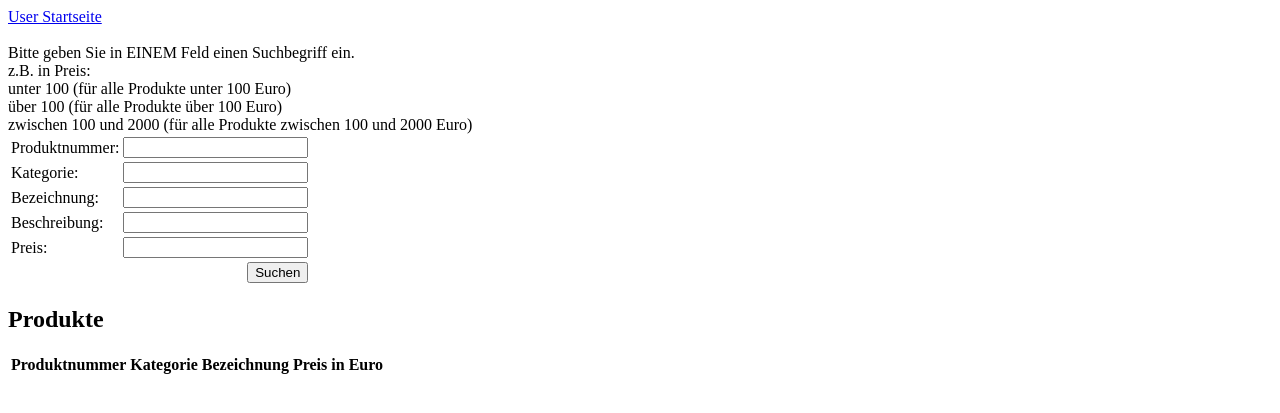
Repository: exic/VIS-Labor
Page: http://localhost/vislabor/search_product.action
An editor plug-in stored every save of this project. The page is shown before and after the next save, followed by the edit.
The browser window is 1280 px wide. The pictures show the whole page.
The page is served by Tomcat 9. Other server files are loaded and not shown. Queries for data that is not in the repository find no rows.

Above is the page before, as saved 2011-05-15 14:49:02.

### workspace/vislabor/WebContent/pages/SearchProduct.jsp
<%@ page language="java" contentType="text/html; charset=ISO-8859-1" pageEncoding="ISO-8859-1"%>
<!DOCTYPE html PUBLIC "-//W3C//DTD HTML 4.01 Transitional//EN" "http://www.w3.org/TR/html4/loose.dtd">
<%@ taglib prefix="s" uri="/struts-tags"  %>

<html >
	<head>
		<title >Produkt suchen</title>
	</head>

	<body bgcolor="white">

		<a href="<s:url action="forward_to_user_start"/>">User Startseite</a>
		<br /><br />

		Bitte geben Sie in EINEM Feld einen Suchbegriff ein.<br />
		z.B. in Preis: <br/>
		unter 100 (für alle Produkte unter 100 Euro)<br />
		über 100 (für alle Produkte über 100 Euro)<br />
		zwischen 100 und 2000 (für alle Produkte zwischen 100 und 2000 Euro)<br />

		<s:form action="search_product">
			<s:textfield name="id" label="Produktnummer" size="20" />
			<s:textfield name="category" label="Kategorie" size="20" />
			<s:textfield name="label" label="Bezeichnung" size="20" />
			<s:textfield name="description" label="Beschreibung" size="20" />
			<s:textfield name="price" label="Preis" size="20" />

			<s:submit value="Suchen"/>
		</s:form>

		<h2>Produkte</h2>
		<table>
		<tr>
		    <th>Produktnummer</th>
		    <th>Kategorie</th>
		    <th>Bezeichnung</th>
		    <th>Preis in Euro</th>
		    <th></th>
		</tr>
		<s:iterator value="productList" var="product">
		    <tr>
		        <td><s:property value="id"/></td>
		        <td><s:property value="category.label"/></td>
		        <td><s:property value="label"/></td>
		        <td><s:property value="price"/></td>
		        <td><a href="view?id=<s:property value="id"/>">Detailansicht</a></td>
		    </tr>
		</s:iterator>
		</table>

		 <font color="red">
		 	<s:actionerror label="label" />
		 </font>
	</body>
</html>

### workspace/vislabor/src/vislabExample/model/db/Product.java
package vislabExample.model.db;

// Generated 15.05.2011 14:44:54 by Hibernate Tools 3.4.0.CR1

/**
 * Product generated by hbm2java
 */
public class Product implements java.io.Serializable {

	private Long id;
	private String label;
	private String description;
	private double price;
	private Category category;

	public Product() {
	}

	public Product(Long id) {
		this.id = id;
	}

	public Product(Long id, String label, String description, double price,
			Category category) {
		this.id = id;
		this.label = label;
		this.description = description;
		this.price = price;
		this.category = category;
	}

	public Long getId() {
		return this.id;
	}

	public void setId(Long id) {
		this.id = id;
	}

	public String getLabel() {
		return this.label;
	}

	public void setLabel(String label) {
		this.label = label;
	}

	public String getDescription() {
		return this.description;
	}

	public void setDescription(String description) {
		this.description = description;
	}

	public double getPrice() {
		return this.price;
	}

	public void setPrice(double price) {
		this.price = price;
	}

	public Category getCategory() {
		return this.category;
	}

	public void setCategory(Category category) {
		this.category = category;
	}

}

### workspace/vislabor/src/vislabExample/model/bl/ProductManager.java
package vislabExample.model.bl;

import java.util.List;

import org.hibernate.Session;
import vislabExample.model.db.Product;
import vislabExample.model.sf.HibernateUtil;

public class ProductManager {

	public Product getProductByPrimaryKey(long primaryKey) {
	    Session session = HibernateUtil.getSessionFactory().getCurrentSession();
	    session.beginTransaction();
	    Product product = (Product) session.get(Product.class, primaryKey);
	    session.getTransaction().commit();
	    return product;
	}

	public void saveProduct(Product product) {
        Session session = HibernateUtil.getSessionFactory().getCurrentSession();
  	    session.beginTransaction();
		session.save(product);
        session.getTransaction().commit();
    }

	public void deleteProduct(Product product) {
        Session session = HibernateUtil.getSessionFactory().getCurrentSession();
  	    session.beginTransaction();
		session.delete(product);
        session.getTransaction().commit();
    }

    @SuppressWarnings("unchecked")
	public List<Product> list() {

        Session session = HibernateUtil.getSessionFactory().getCurrentSession();
        session.beginTransaction();
        List<Product> products = null;

        products = (List<Product>)session.createQuery("from Product").list();

        session.getTransaction().commit();
        return products;
    }

}

### workspace/vislabor/src/vislabExample/model/sf/HibernateUtil.java
package vislabExample.model.sf;

import org.hibernate.cfg.*;
//import org.hibernate.HibernateException;
//import org.hibernate.Session;
import org.hibernate.SessionFactory;


/**
 * To change the template for this generated type comment go to
 * Window&gt;Preferences&gt;Java&gt;Code Generation&gt;Code and Comments
 */


public class HibernateUtil {



		private static final SessionFactory sessionFactory;

		static {
			try {
	            // Create the SessionFactory from hibernate.cfg.xml
				sessionFactory = new Configuration().configure().buildSessionFactory();
				System.out.println("Initial SessionFactory creation");
			} catch (Throwable ex) {
				System.out.println("Initial SessionFactory creation failed." + ex);
				throw new ExceptionInInitializerError(ex);
			}
		}

		public static SessionFactory getSessionFactory() {
	        return sessionFactory;
	    }

}

### workspace/vislabor/src/vislabExample/model/db/Category.java
package vislabExample.model.db;

// Generated 15.05.2011 14:44:54 by Hibernate Tools 3.4.0.CR1

import java.util.HashSet;
import java.util.Set;

/**
 * Category generated by hbm2java
 */
public class Category implements java.io.Serializable {

	private String label;
	private Set products = new HashSet(0);

	public Category() {
	}

	public Category(String label) {
		this.label = label;
	}

	public Category(String label, Set products) {
		this.label = label;
		this.products = products;
	}

	public String getLabel() {
		return this.label;
	}

	public void setLabel(String label) {
		this.label = label;
	}

	public Set getProducts() {
		return this.products;
	}

	public void setProducts(Set products) {
		this.products = products;
	}

}

### workspace/vislabor/src/vislabExample/model/db/Customer.java
package vislabExample.model.db;

// Generated 15.05.2011 14:44:54 by Hibernate Tools 3.4.0.CR1

/**
 * Customer generated by hbm2java
 */
public class Customer implements java.io.Serializable {

	private long id;
	private String password;
	private String lastname;
	private String firstname;
	private String city;
	private long postcode;
	private String phone;
	private String email;

	public Customer() {
	}

	public Customer(long id) {
		this.id = id;
	}

	public Customer(long id, String password, String lastname,
			String firstname, String city, long postcode, String phone,
			String email) {
		this.id = id;
		this.password = password;
		this.lastname = lastname;
		this.firstname = firstname;
		this.city = city;
		this.postcode = postcode;
		this.phone = phone;
		this.email = email;
	}

	public long getId() {
		return this.id;
	}

	public void setId(long id) {
		this.id = id;
	}

	public String getPassword() {
		return this.password;
	}

	public void setPassword(String password) {
		this.password = password;
	}

	public String getLastname() {
		return this.lastname;
	}

	public void setLastname(String lastname) {
		this.lastname = lastname;
	}

	public String getFirstname() {
		return this.firstname;
	}

	public void setFirstname(String firstname) {
		this.firstname = firstname;
	}

	public String getCity() {
		return this.city;
	}

	public void setCity(String city) {
		this.city = city;
	}

	public long getPostcode() {
		return this.postcode;
	}

	public void setPostcode(long postcode) {
		this.postcode = postcode;
	}

	public String getPhone() {
		return this.phone;
	}

	public void setPhone(String phone) {
		this.phone = phone;
	}

	public String getEmail() {
		return this.email;
	}

	public void setEmail(String email) {
		this.email = email;
	}

}

### workspace/vislabor/src/vislabExample/model/db/Admin.java
package vislabExample.model.db;

// Generated 15.05.2011 14:44:54 by Hibernate Tools 3.4.0.CR1

/**
 * Admin generated by hbm2java
 */
public class Admin implements java.io.Serializable {

	private String username;
	private String password;

	public Admin() {
	}

	public Admin(String username) {
		this.username = username;
	}

	public Admin(String username, String password) {
		this.username = username;
		this.password = password;
	}

	public String getUsername() {
		return this.username;
	}

	public void setUsername(String username) {
		this.username = username;
	}

	public String getPassword() {
		return this.password;
	}

	public void setPassword(String password) {
		this.password = password;
	}

}

After the next save:
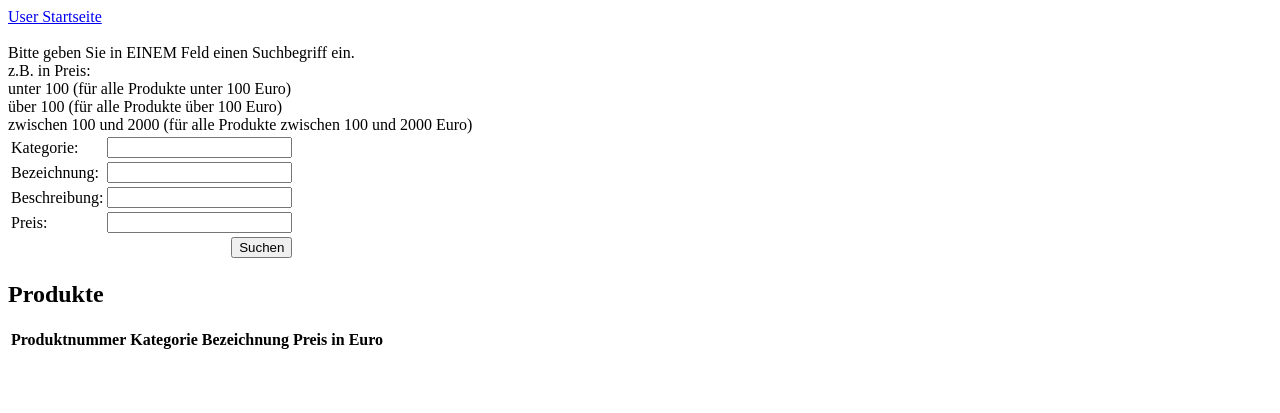
Saved 12 s later.
--- a/workspace/vislabor/WebContent/pages/SearchProduct.jsp
+++ b/workspace/vislabor/WebContent/pages/SearchProduct.jsp
@@ -19,7 +19,6 @@
 		zwischen 100 und 2000 (für alle Produkte zwischen 100 und 2000 Euro)<br />
 
 		<s:form action="search_product">
-			<s:textfield name="id" label="Produktnummer" size="20" />
 			<s:textfield name="category" label="Kategorie" size="20" />
 			<s:textfield name="label" label="Bezeichnung" size="20" />
 			<s:textfield name="description" label="Beschreibung" size="20" />
